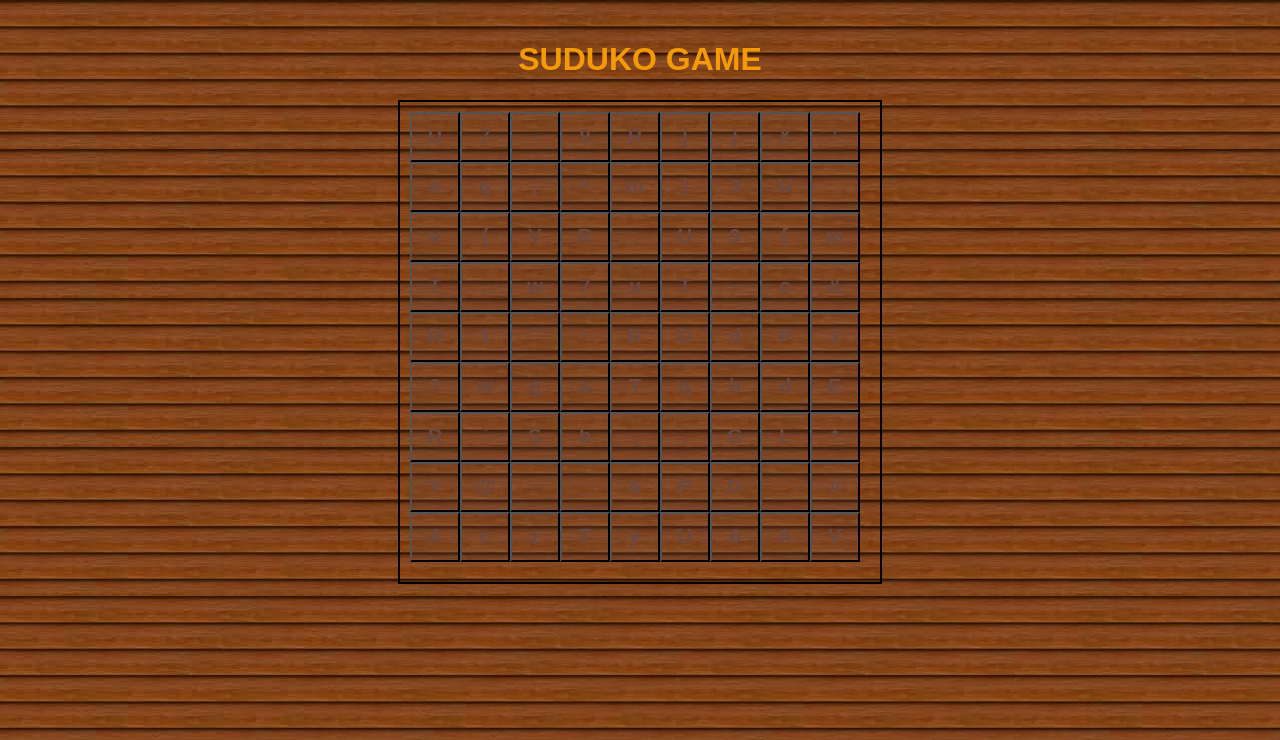
Repository: ahmad8969/Suduko-Game-React-App
Page: /
The author's editor kept a copy of each file at every save. The page is drawn from the files as they stood at one save, then again after the next save.
The browser window is 1280 px wide. The pictures show the whole page.
Some web fonts or font styles are not loaded; a fallback is used. The project was rebuilt for these pictures with package versions that can differ from the ones it lists, and the page was loaded fresh each time.

Above is the page before, as saved 2021-03-11 14:07:12.

After the next save:
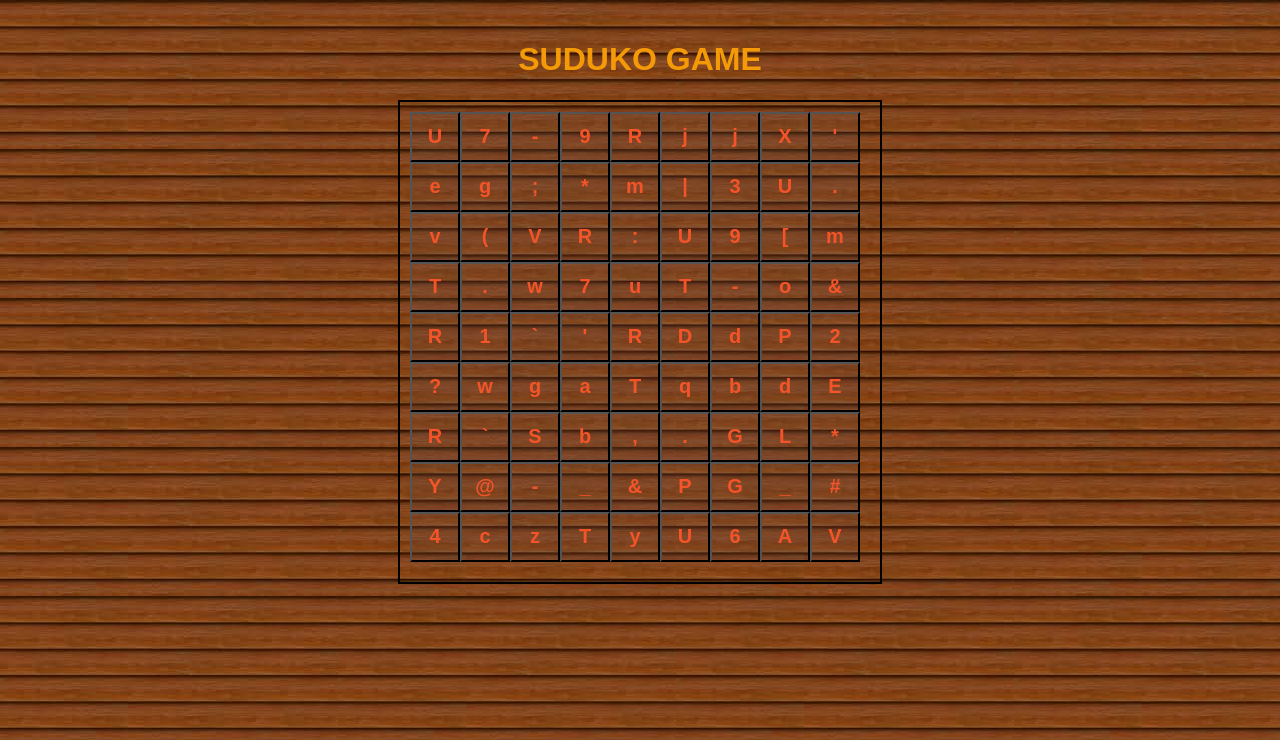
Saved 9 s later.
--- a/src/components/block.css
+++ b/src/components/block.css
@@ -7,7 +7,7 @@
   font-size: 20px !important;
   font-weight: 600;
   /* color:rgb(109,84,62); */
-  color: #6a4940;
+  color: #f55428;
   background-color: #6a49403a !important;
 }
 .nine_block_Style {
